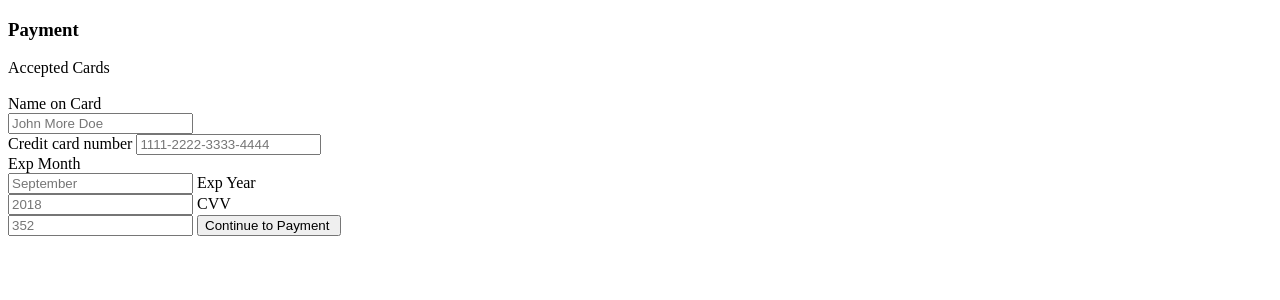
Repository: Shivani2392/FlyAwayProject
Page: http://localhost/FlightBookingPortal/Payement.jsp
The author's editor kept a copy of each file at every save. The page is drawn from the files as they stood at one save, then again after the next save.
The browser window is 1280 px wide. The pictures show the whole page.
The page is served by Tomcat 9.

Above is the page before, as saved 2020-11-21 15:23:31.

After the next save:
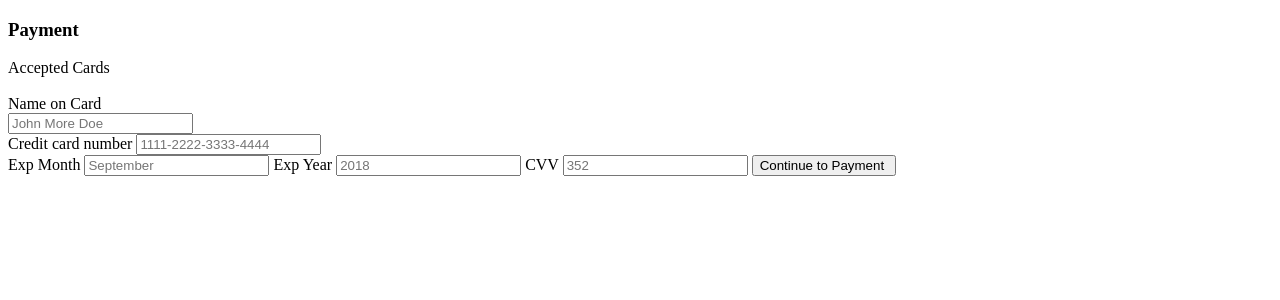
Saved 54 s later.
--- a/FlightBookingPortal/src/main/webapp/Payement.jsp
+++ b/FlightBookingPortal/src/main/webapp/Payement.jsp
@@ -16,13 +16,13 @@
             <input type="text" id="cname" name="cardname" placeholder="John More Doe"><br>
             <label for="ccnum">Credit card number</label>
             <input type="text" id="ccnum" name="cardnumber" placeholder="1111-2222-3333-4444"><br>
-            <label for="expmonth">Exp Month</label><br>
+            <label for="expmonth">Exp Month</label>
             <input type="text" id="expmonth" name="expmonth" placeholder="September">
 
-                <label for="expyear">Exp Year</label><br>
+                <label for="expyear">Exp Year</label>
                 <input type="text" id="expyear" name="expyear" placeholder="2018">
 
-                <label for="cvv">CVV</label><br>
+                <label for="cvv">CVV</label>
                 <input type="text" id="cvv" name="cvv" placeholder="352">
         <input type="submit" value="Continue to Payment " class="btn">
       </form>
